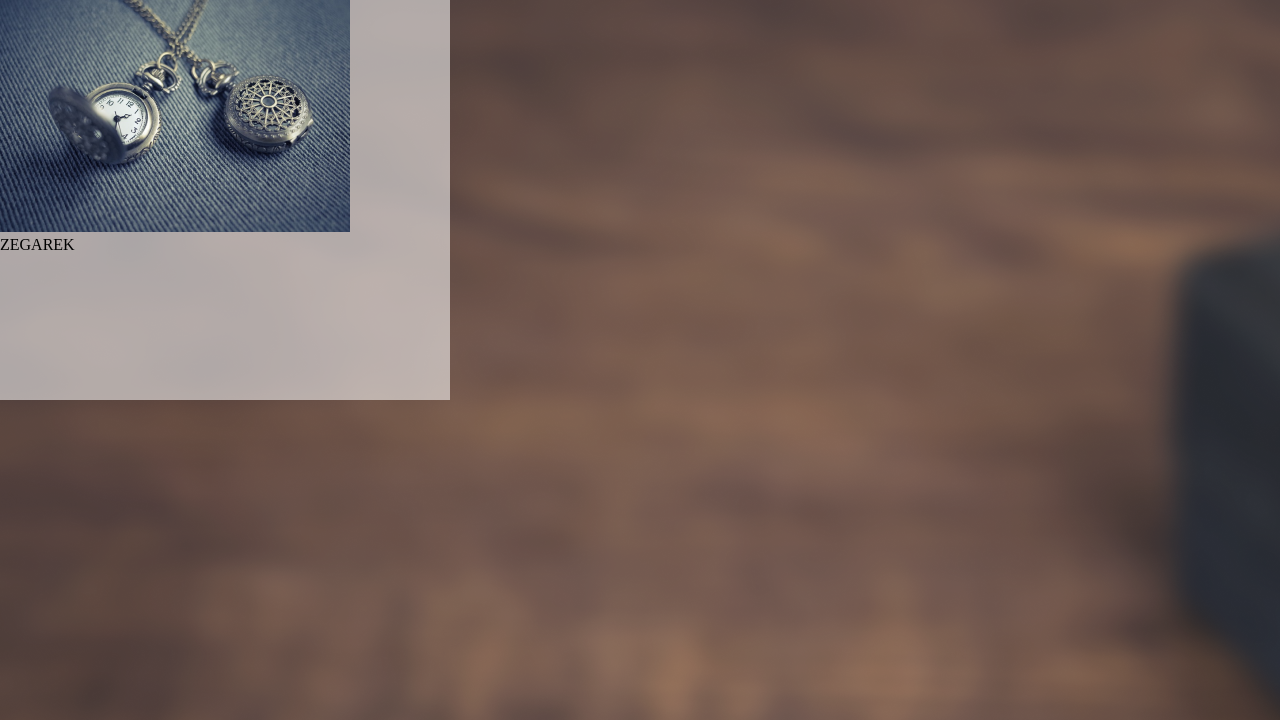
Repository: Rickardo198/prezent
Page: index.html
An editor plug-in stored every save of this project. The page is shown before and after the next save, followed by the edit.
The browser window is 1280 px wide. The pictures show the whole page.

Above is the page before, as saved 2020-10-25 21:15:28.

### index.html
<!DOCTYPE HTML>
<html>
<head>
    <title>Wszystkiego najlepszego!</title>
    <meta charset="utf-8">
    <style>
        *{
            margin: 0;
            padding: 0;
        }
        body{
            width: calc(100vw - 20px);
            height: 100vh;
            background: url("bg.png");
            box-sizing: border-box;
        }
        .wrapper{
            width: 450px;
            height: 400px;
            position: relative;
        }
        .bgWrapper{
            width: 100%;
            height: 100%;
            position: absolute;
            top:0;
            left: 0;
            background: rgba(255, 255, 255, .55);
            filter: blur(30);
            z-index: -1;
        }
    </style>
</head>
<body>
    <div class="wrapper">
        <div class="bgWrapper"></div>
        <img src="img.png" alt="obrazki" class="wrapperImg">
        <p class="wrapperTitle">ZEGAREK</p>
    </div>
</body>
</html>

After the next save:
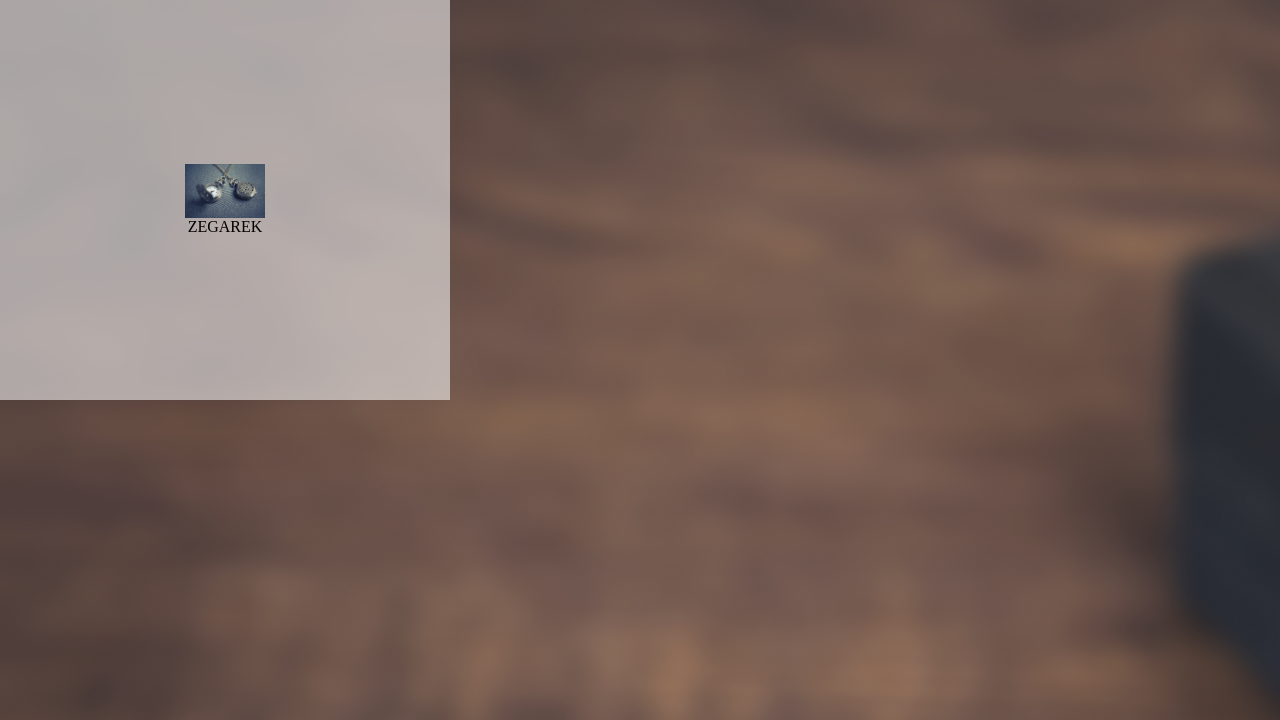
Saved 71 s later.
--- a/index.html
+++ b/index.html
@@ -18,6 +18,10 @@
             width: 450px;
             height: 400px;
             position: relative;
+            display: flex;
+            flex-direction: column;
+            align-items: center;
+            justify-content: center;
         }
         .bgWrapper{
             width: 100%;
@@ -29,6 +33,9 @@
             filter: blur(30);
             z-index: -1;
         }
+        .wrapperImg{
+            width: 80px;
+        }
     </style>
 </head>
 <body>
